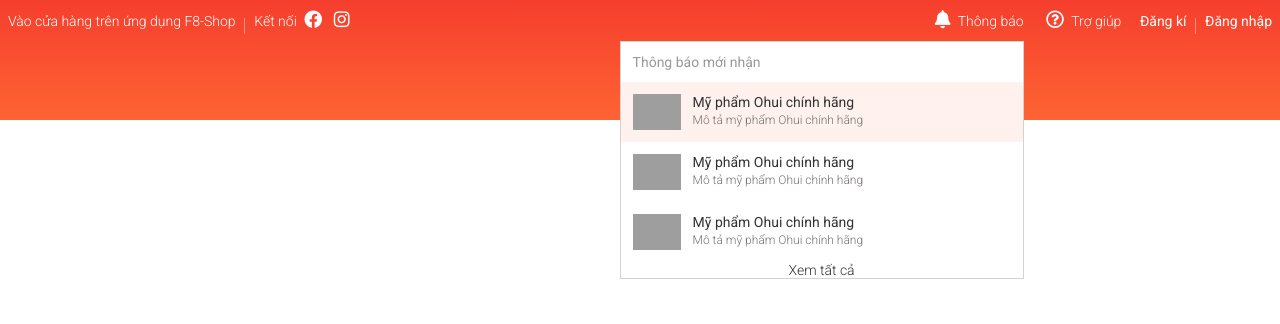
Repository: phunobi1807/shopee
Page: index.html
These files come from the project's save history. The page is drawn as it stood at one moment and after the next save; the edit follows.
The browser window is 1280 px wide. The pictures show the whole page.
Pictures or frames that could not be fetched are drawn as grey boxes.

Above is the page before, as saved 2021-06-13 12:27:15.

After the next save:
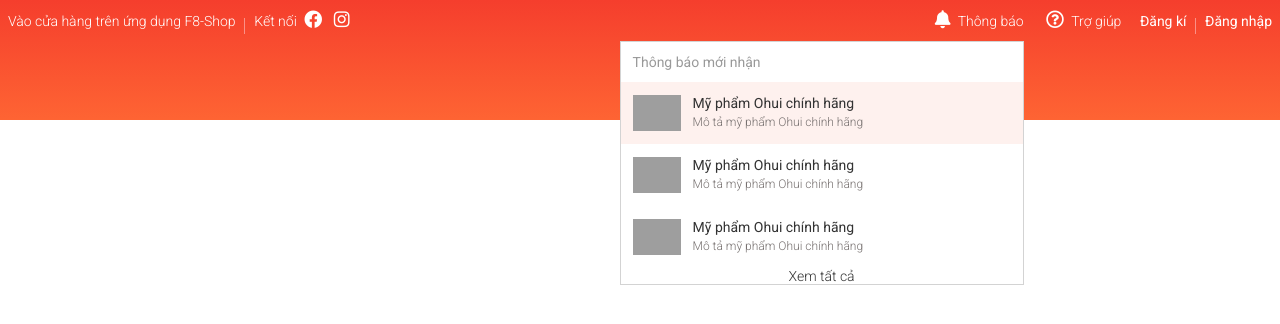
Saved 19 s later.
--- a/assets/css/main.css
+++ b/assets/css/main.css
@@ -181,7 +181,7 @@
     font-size: 1.4rem;
     color: var(--text-color);
     font-weight: 400;
-    line-height: ;
+    line-height: 1.8rem;
 }
 .header__notify-description
 {
